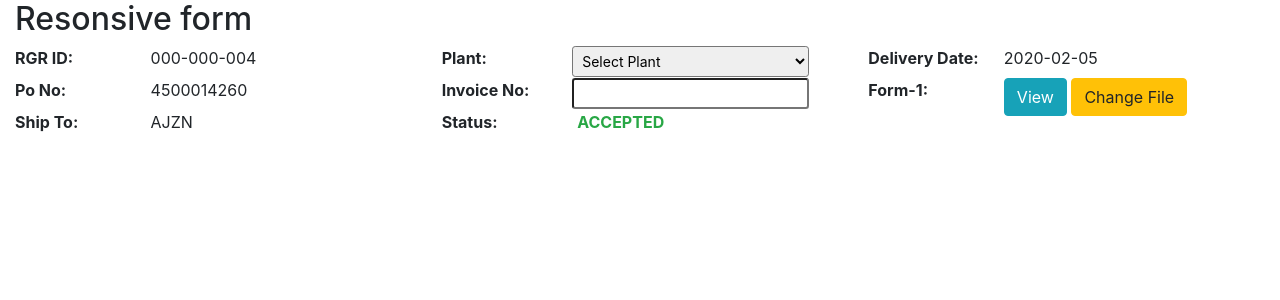
Repository: karthikairasu/Others_work
Page: form.html
The author's editor kept a copy of each file at every save. The page is drawn from the files as they stood at one save, then again after the next save.
The browser window is 1280 px wide. The pictures show the whole page.

Above is the page before, as saved 2020-06-28 17:13:52.

### form.html
<!DOCTYPE html>
<html lang="en">
  <head>
    <title>Bootstrap Example</title>
    <meta charset="utf-8" />
    <meta name="viewport" content="width=device-width, initial-scale=1" />
    <link
      rel="stylesheet"
      href="https://maxcdn.bootstrapcdn.com/bootstrap/4.5.0/css/bootstrap.min.css"
    />
    <script src="https://ajax.googleapis.com/ajax/libs/jquery/3.5.1/jquery.min.js"></script>
    <script src="https://cdnjs.cloudflare.com/ajax/libs/popper.js/1.16.0/umd/popper.min.js"></script>
    <script src="https://maxcdn.bootstrapcdn.com/bootstrap/4.5.0/js/bootstrap.min.js"></script>
  </head>
  <body>
    <div class="container-fluid">
      <h2>Resonsive form</h2>
      <form class="" action="">
        <div class="row">
          <div class="col-md-4">
            <div class="form-row">
              <label class="col-md-4"><b>RGR ID:</b></label>
              <label class="col-md-7" id="RGR_ID">000-000-004 </label>
            </div>
            <div class="form-row">
              <label class="col-md-4"><b>Po No:</b></label>
              <label class="col-md-7" id="Po_No">4500014260 </label>
            </div>
            <div class="form-row">
              <label class="col-md-4"><b>Ship To:</b></label>
              <label class="col-md-7" id="Ship_To">AJZN </label>
            </div>
          </div>
          <div class="col-md-4">
            <div class="form-row">
              <label class="col-md-4"><b>Plant:</b></label>
              <select
                class="form-control-sm col-md-7"
                name="plant"
                style="width: 60%;"
                required=""
              >
                <option value="">Select Plant</option>

                <option value="Riyadh">Riyadh</option>

                <option value="Jeddha">Jeddha</option>

                <option value="Dammam">Dammam</option>

                <option value="PMAH ">PMAH </option>
              </select>
            </div>
            <div class="form-row">
              <label class="col-md-4"><b>Invoice No:</b></label>
              <input
                type="text"
                class="form-control-sm col-md-7"
                id="Invoice_No"
              />
            </div>
            <div class="form-row">
              <label class="col-md-4"><b>Status:</b></label>
              <label class="col-md-7 text-success" id="Status"
                ><b>ACCEPTED</b></label
              >
            </div>
          </div>
          <div class="col-md-4">
            <div class="form-row">
              <label class="col-md-4"><b>Delivery Date:</b></label>
              <label class="col-md-7" id="Delivery Date">2020-02-05 </label>
            </div>
            <div class="form-row">
              <label class="col-md-4"><b>Form-1:</b></label>
              <label class="col-md-7" id="form_1">
                <button class="btn btn-info">View</button>
                <button class="btn btn-warning">Change File</button>
              </label>
            </div>
          </div>
        </div>
      </form>
    </div>
  </body>
</html>

After the next save:
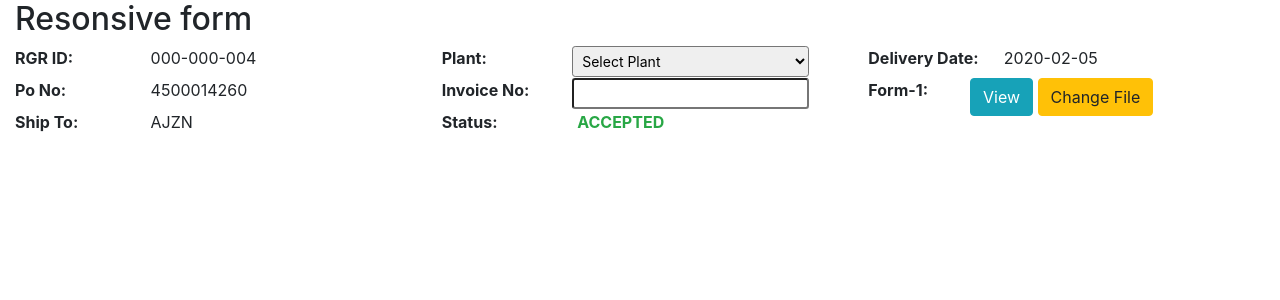
Saved 71 s later.
--- a/form.html
+++ b/form.html
@@ -72,8 +72,8 @@
               <label class="col-md-7" id="Delivery Date">2020-02-05 </label>
             </div>
             <div class="form-row">
-              <label class="col-md-4"><b>Form-1:</b></label>
-              <label class="col-md-7" id="form_1">
+              <label class="col-md-3"><b>Form-1:</b></label>
+              <label class="col-md-8" id="form_1">
                 <button class="btn btn-info">View</button>
                 <button class="btn btn-warning">Change File</button>
               </label>
